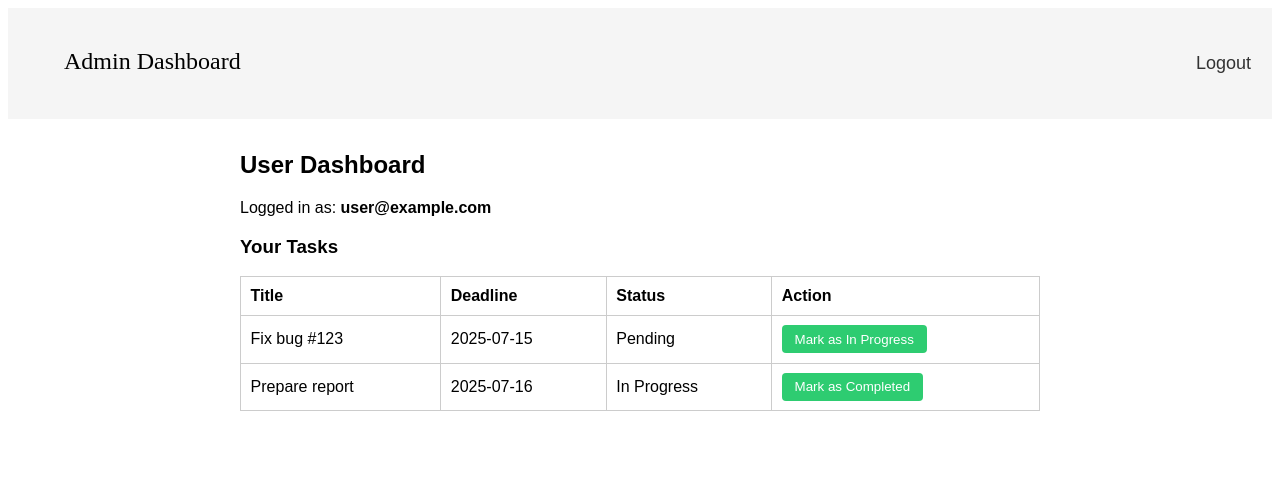
Repository: Edmund-Kiama/todoPHP
Page: /user (app in task-manager-frontend/)
The author's editor kept a copy of each file at every save. The page is drawn from the files as they stood at one save, then again after the next save.
The browser window is 1280 px wide. The pictures show the whole page.
The project was rebuilt for these pictures with package versions that can differ from the ones it lists, and the page was loaded fresh each time. Also part of the build but not shown: task-manager-frontend/vite.config.js, task-manager-frontend/src/components/Login/login.css, task-manager-frontend/src/components/Login/Login.vue, task-manager-frontend/src/components/Admin/admin.css, task-manager-frontend/src/components/Admin/AdminDashboard.vue.

Above is the page before, as saved 2025-07-12 21:12:59.

### task-manager-frontend/src/App.vue
<script setup>
  import Navbar from './components/Navbar/Navbar.vue';
  import { store } from './store';
</script>

<template>
  <Navbar />
  <router-view />
</template>

### task-manager-frontend/src/router/index.js
import { createRouter, createWebHistory } from 'vue-router';
import Login from '../components/Login/Login.vue';
import AdminDashboard from '../components/Admin/AdminDashboard.vue';
import UserDashboard from '../components/User/UserDashboard.vue';

const routes = [
  { path: '/', name: 'Login', component: Login },
  { path: '/admin', name: 'AdminDashboard', component: AdminDashboard },
  { path: '/user', name: 'UserDashboard', component: UserDashboard }
];

const router = createRouter({
  history: createWebHistory(),
  routes
});

export default router;

### task-manager-frontend/src/components/Navbar/Navbar.vue

<template>
  <nav v-if="store.user.loggedIn" class="navbar">
    <ul>
      <li v-if="user.role === 'admin'">Admin Dashboard</li>
      <li v-if="user.role === 'user'">User Dashboard</li>
      <li><button @click="logout">Logout</button></li>
    </ul>
  </nav>
</template>

<script setup>
  import "./nav.css"
  import { store } from '../../store'
  import { useRouter } from 'vue-router'

  const router = useRouter()

  const user = store.user
  if (!user.loggedIn) router.push('/')

  function logout() {
    store.user.role = null
    store.user.loggedIn = false
    localStorage.removeItem('token')
    router.push('/')
  }
</script>

### task-manager-frontend/src/store.js
import { reactive } from 'vue'

export const store = reactive({
  user: {
    role: "admin",
    loggedIn: true,
    username: null
  },
})

### task-manager-frontend/src/components/User/UserDashboard.vue
<!-- src/views/UserDashboard.vue -->
<template>
    <div class="user-dashboard">
      <h2>User Dashboard</h2>
      <p>Logged in as: <strong>{{ currentUser }}</strong></p>

      <section>
        <h3>Your Tasks</h3>
        <table v-if="userTasks.length">
          <thead>
            <tr>
              <th>Title</th><th>Deadline</th><th>Status</th><th>Action</th>
            </tr>
          </thead>
          <tbody>
            <tr v-for="(task, index) in userTasks" :key="index">
              <td>{{ task.title }}</td>
              <td>{{ task.deadline }}</td>
              <td>{{ task.status }}</td>
              <td>
                <button
                  v-if="task.status !== 'Completed'"
                  @click="advanceStatus(index)"
                >
                  Mark as {{ nextStatus(task.status) }}
                </button>
              </td>
            </tr>
          </tbody>
        </table>

        <p v-else>No tasks assigned to you.</p>
      </section>
    </div>
  </template>

  <script setup>
  import './user.css'
  import { ref, computed } from 'vue';

  // Mocked logged-in user
  const currentUser = 'user@example.com';

  // Mocked task list — in a real app, fetch from backend
  const allTasks = ref([
    { title: 'Fix bug #123', user: 'user@example.com', deadline: '2025-07-15', status: 'Pending' },
    { title: 'Prepare report', user: 'user@example.com', deadline: '2025-07-16', status: 'In Progress' },
    { title: 'Update Docs', user: 'bob@example.com', deadline: '2025-07-17', status: 'Pending' }
  ]);

  const userTasks = computed(() =>
    allTasks.value.filter(task => task.user === currentUser)
  );

  function nextStatus(status) {
    if (status === 'Pending') return 'In Progress';
    if (status === 'In Progress') return 'Completed';
    return '';
  }

  function advanceStatus(index) {
    const task = userTasks.value[index];
    if (task.status === 'Pending') {
      task.status = 'In Progress';
    } else if (task.status === 'In Progress') {
      task.status = 'Completed';
    }
  }
</script>

### task-manager-frontend/src/components/Navbar/nav.css
.navbar {
    background: #f5f5f5;
    padding: 1rem;
}
.navbar ul {
    display: flex;
    justify-content: space-between;
    gap: 1rem;
    list-style: none;
    font-size: x-large;
}

.navbar a, .navbar button {
    text-decoration: none;
    background: none;
    border: none;
    padding: 5px;
    color: #333;
    font-size: large;
    cursor: pointer;
}
.navbar button:hover {
    background-color:  #3498db;
}

### task-manager-frontend/src/components/User/user.css
.user-dashboard {
    max-width: 800px;
    margin: 2rem auto;
    font-family: Arial, sans-serif;
}

.user-dashboard table {
    width: 100%;
    border-collapse: collapse;
    margin-top: 1rem;
}

.user-dashboard th, td {
    padding: 0.6rem;
    border: 1px solid #ccc;
    text-align: left;
}

.user-dashboard button {
    padding: 0.4rem 0.8rem;
    background: #2ecc71;
    color: white;
    border: none;
    border-radius: 4px;
    cursor: pointer;
}

.user-dashboard button:hover {
    background: #27ae60;
}

Loaded but not shown: task-manager-frontend/index.html (common file); task-manager-frontend/src/main.js (common file)

After the next save:
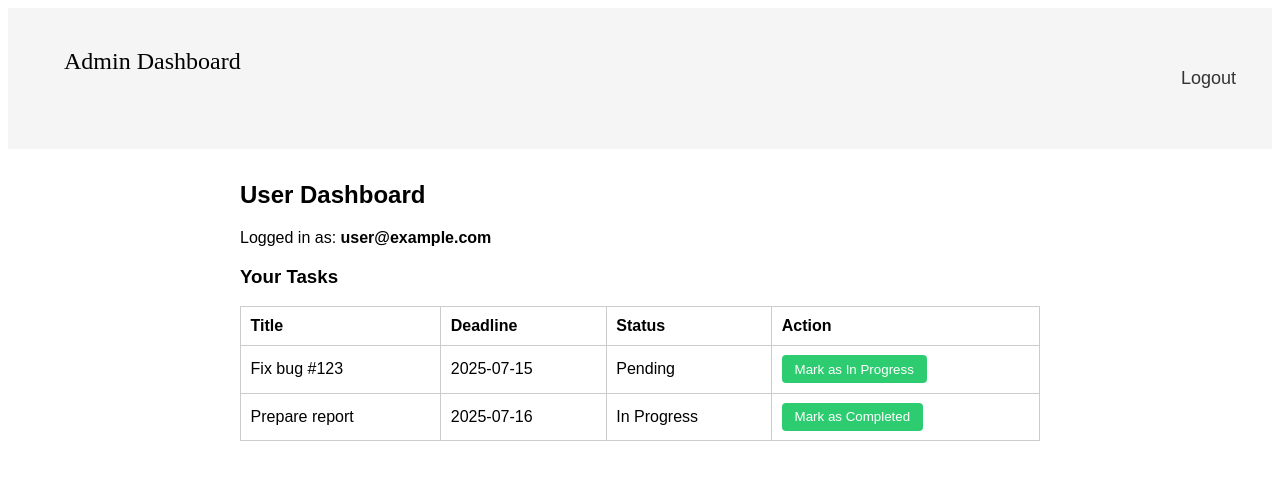
Saved 5 s later.
--- a/task-manager-frontend/src/components/Navbar/nav.css
+++ b/task-manager-frontend/src/components/Navbar/nav.css
@@ -14,7 +14,7 @@
     text-decoration: none;
     background: none;
     border: none;
-    padding: 5px;
+    padding: 20px;
     color: #333;
     font-size: large;
     cursor: pointer;
